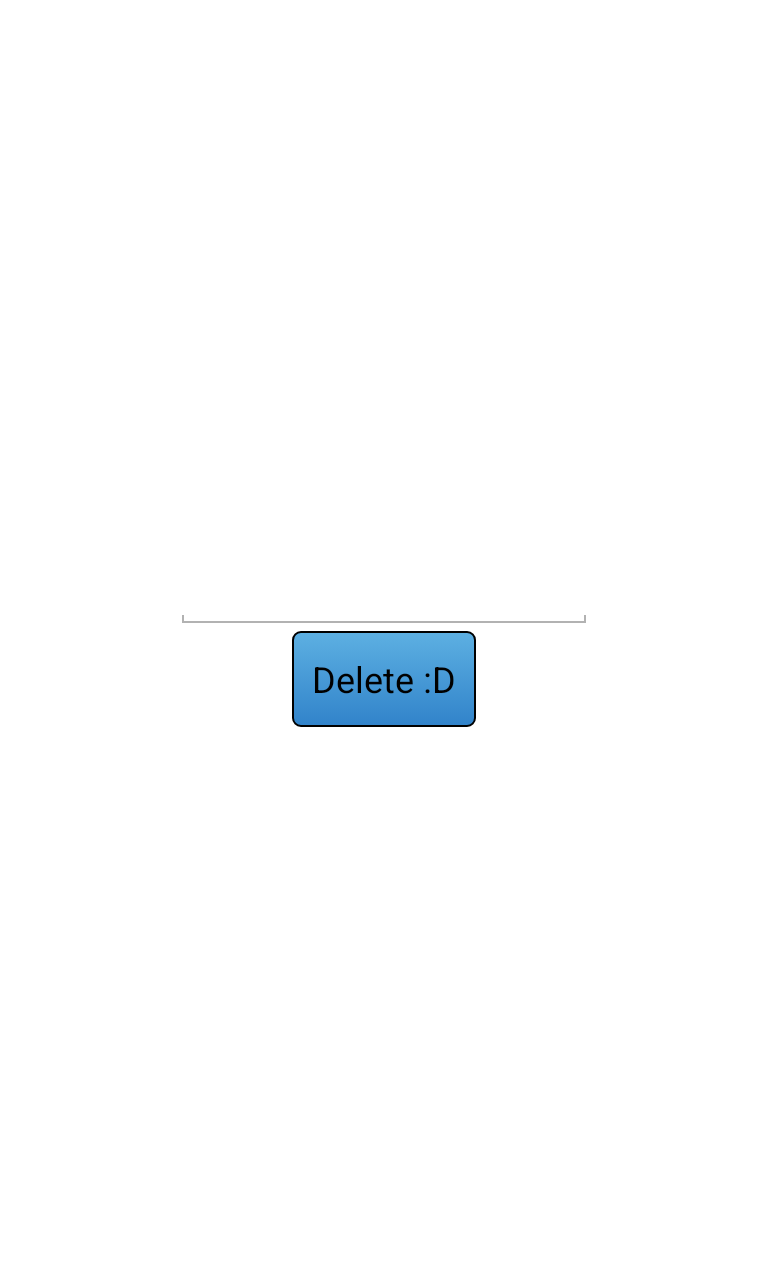
Repository: ArisKots1992/Software-Development
Layout: Anaptiksi Logismikou/Anaptiksi Logismikou/AdminClientApplication/res/layout/third_tab.xml
An editor plug-in stored every save of this project. The layout is shown before and after the next save, followed by the edit.
It is drawn on a 768 x 1280 px phone screen (xhdpi) without system bars, with theme AppTheme; the app's code is not run.

Above is the layout before, as saved 2015-01-19 16:42:52.

### Anaptiksi Logismikou/Anaptiksi Logismikou/AdminClientApplication/res/layout/third_tab.xml
<?xml version="1.0" encoding="utf-8"?>
<LinearLayout xmlns:android="http://schemas.android.com/apk/res/android"
    android:layout_width="match_parent"
    android:layout_height="match_parent"
    android:gravity="center"
    android:orientation="vertical" >

    <EditText
        android:id="@+id/editTextMac"
        android:layout_width="wrap_content"
        android:layout_height="wrap_content"
        android:ems="10" >
    </EditText>

    <Button
        android:id="@+id/delete_button"
        android:layout_width="wrap_content"
        android:layout_height="wrap_content"
        android:text="Delete :D"
        android:background="@drawable/custom_button" />


</LinearLayout>

### Anaptiksi Logismikou/Anaptiksi Logismikou/AdminClientApplication/res/values/styles.xml
<resources>

    <!--
        Base application theme, dependent on API level. This theme is replaced
        by AppBaseTheme from res/values-vXX/styles.xml on newer devices.
    -->
    <style name="AppBaseTheme" parent="android:Theme.Light">
        <!--
            Theme customizations available in newer API levels can go in
            res/values-vXX/styles.xml, while customizations related to
            backward-compatibility can go here.
        -->
    </style>

    <!-- Application theme. -->
    <style name="AppTheme" parent="AppBaseTheme">
        <!-- All customizations that are NOT specific to a particular API-level can go here. -->
    </style>

    <style name="CustomStyleButton" parent="@android:style/Widget.Button">
		<item name="android:textSize">16sp</item>
 		<item name="android:textStyle">bold</item>
 		<item name="android:textColor">#dedfdc</item>
 		<item name="android:gravity">center</item>
 		<item name="android:shadowColor">#000000</item>
 		<item name="android:shadowDx">1</item>
 		<item name="android:shadowDy">1</item>
 		<item name="android:shadowRadius">0.6</item>
 		<item  name="android:background">@drawable/custom_button</item>
 		<item name="android:padding">10dip</item>
	</style>
</resources>

### Anaptiksi Logismikou/Anaptiksi Logismikou/AdminClientApplication/res/drawable/custom_button.xml
<?xml version="1.0" encoding="utf-8"?>
<selector xmlns:android="http://schemas.android.com/apk/res/android">
 <item android:state_pressed="true" >
  <shape>
  <solid
   android:color="#2678BF" />
  <stroke
   android:width="1dp"
   android:color="#000000" />
  <corners
   android:radius="4dp" />
  <padding
   android:left="10dp"
   android:top="10dp"
   android:right="10dp"
   android:bottom="10dp" />
  </shape>
 </item>
  <item>
  <shape>
  <gradient
   android:startColor="#5DB0E2"
   android:endColor="#3183CA"
   android:angle="270" />
  <stroke
   android:width="1dp"
   android:color="#000000" />
  <corners
   android:radius="4dp" />
  <padding
   android:left="10dp"
   android:top="10dp"
   android:right="10dp"
   android:bottom="10dp" />
 </shape>
 </item>
</selector>

Loaded but not shown: Anaptiksi Logismikou/Anaptiksi Logismikou/AdminClientApplication/res/values-v11/styles.xml (common file); Anaptiksi Logismikou/Anaptiksi Logismikou/AdminClientApplication/res/values-v14/styles.xml (common file)

After the next save:
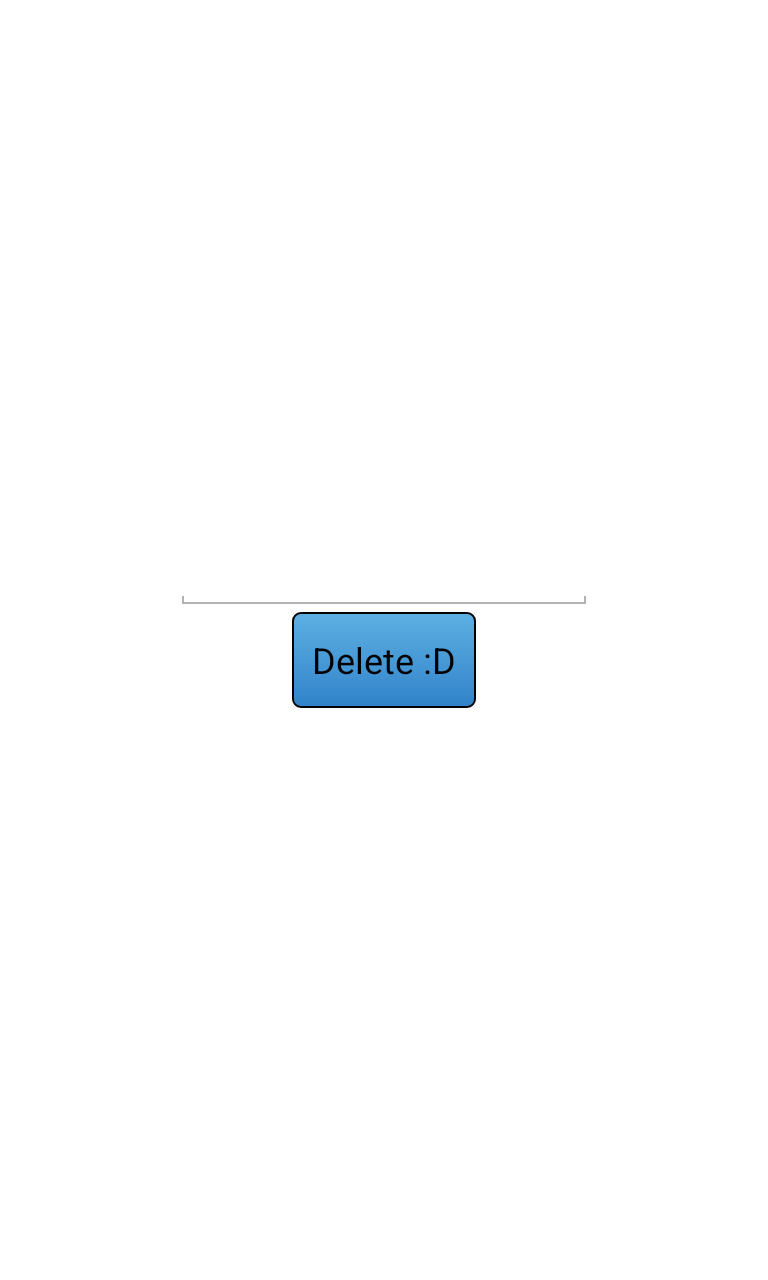
Saved 55 s later.
--- a/Anaptiksi Logismikou/Anaptiksi Logismikou/AdminClientApplication/res/layout/third_tab.xml
+++ b/Anaptiksi Logismikou/Anaptiksi Logismikou/AdminClientApplication/res/layout/third_tab.xml
@@ -18,6 +18,10 @@
         android:layout_height="wrap_content"
         android:text="Delete :D"
         android:background="@drawable/custom_button" />
-
+    <TextView
+        android:id="@+id/response"
+        android:layout_width="wrap_content"
+        android:layout_height="wrap_content" >
+    </TextView>
 
 </LinearLayout>
